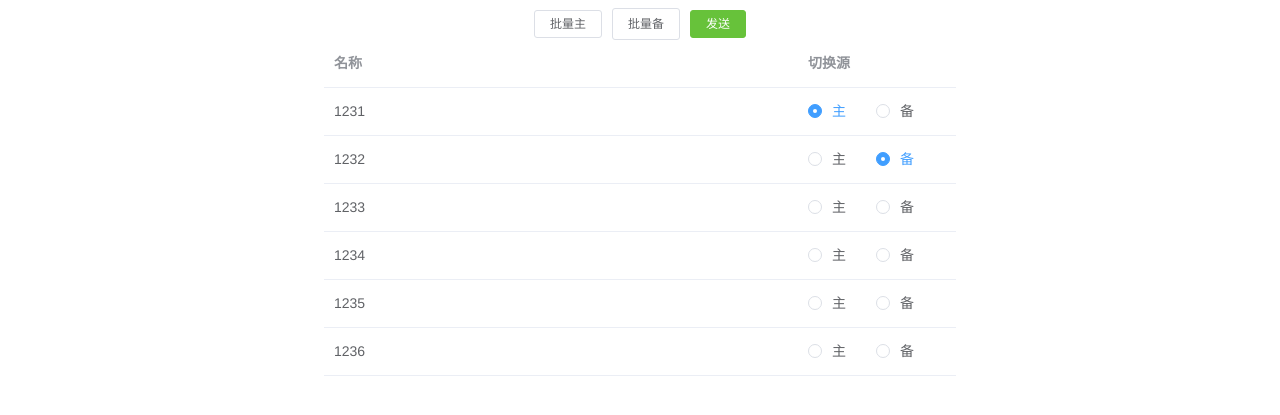
Repository: faintout/BHMQTTSendTool
Page: /
The author's editor kept a copy of each file at every save. The page is drawn from the files as they stood at one save, then again after the next save.
The browser window is 1280 px wide. The pictures show the whole page.
The project was rebuilt for these pictures with package versions that can differ from the ones it lists, and the page was loaded fresh each time. Also part of the build but not shown: vue.config.js. Imported but missing from the stored project, and not drawn on this page: src/views/About.vue.

Above is the page before, as saved 2020-08-26 14:06:57.

### public/index.html
<!DOCTYPE html>
<html lang="en">
  <head>
    <meta charset="utf-8">
    <meta http-equiv="X-UA-Compatible" content="IE=edge">
    <meta name="viewport" content="width=device-width,initial-scale=1.0">
    <link rel="stylesheet" href="">
    <title></title>
  </head>
  <body>
    <div id="app">

    </div>
    <!-- built files will be auto injected -->
  </body>
</html>

### src/main.js
import Vue from 'vue'
import App from './App.vue'
import router from './router'
import $ from 'jquery'
import ElementUi from 'element-ui'
import 'element-ui/lib/theme-chalk/index.css'
import 'element-ui/lib/theme-chalk/reset.css'

Vue.config.productionTip = false
Vue.use(ElementUi)
new Vue({
  router,
  render: h => h(App)
}).$mount('#app')

### src/views/Home.vue
<template>
  <div class="content">
      <title></title>
          <!-- 按钮模块 -->
    <div style="width: 50%;position: relative;left: calc(50% - 25%);">
       <el-button size="mini">批量主</el-button>
       <el-button size="small">批量备</el-button>
       <el-button type="success" size="mini">发送</el-button>
    </div>
      <el-table
      v-loading="tableLoading"
      :data="tableData"
       style="width: 50%;position: relative;left: calc(50% - 25%);">
      >
      <el-table-column
          prop="name"
          min-width="3"
        label="名称"
      >
      </el-table-column>
    <el-table-column
        label="切换源"
        min-width="1"

        >
        <template slot-scope="scope">
        <el-radio-group v-model="scope.row.enable">
            <el-radio :label="0" @click.native.prevent="changeItem('1')" >主</el-radio>
            <el-radio :label="1"
            @click.native="changItemRadio(scope.row.enable)"
            >备</el-radio>
     </el-radio-group>
        </template>
      </el-table-column>

      </el-table>

      <el-backtop target=".page-component__scroll .el-scrollbar__wrap"></el-backtop>
  </div>

</template>

<script>

export default {
  components:{},
  data(){
    return {
        //表格框加载
        tableLoading:false,
        tableData:[
            {
                id:1,
                name:'1231',
                enable:0,
                data:'333'
            },
            {
                id:2,
                name:'1232',
                enable:1,
                data:'333'
            },
            {
                id:3,
                name:'1233',
                enable:'1',
                data:'333'
            },
            {
                id:4,
                name:'1234',
                enable:'1',
                data:'333'
            },
            {
                id:5,
                name:'1235',
                enable:'1',
                data:'333'
            },
            {
                id:6,
                name:'1236',
                enable:'1',
                data:'333'
            }
        ]
    }
  },
  watch:{},
  computed:{

  },
  methods:{
      changeItem(item){
          console.log('item',item);
      },
      changItemRadio(item){
          console.log('itemzhixng ');
      },
      //获取所有数据
      getAllMqttData(){

      },
      //数据处理
      dataProcessing(){

      }

  },
  mounted(){
      console.log(this.tableData);
  },
  created(){},
}
</script>
<style lang="less" scoped>
</style>

Loaded but not shown: src/App.vue (common file); src/router/index.js (common file)

After the next save:
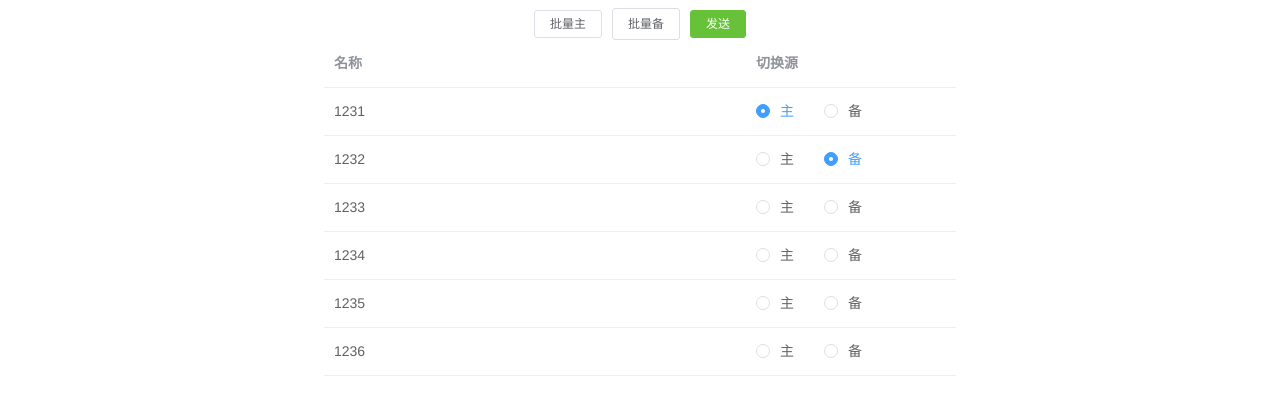
Saved 7 s later.
--- a/src/views/Home.vue
+++ b/src/views/Home.vue
@@ -14,7 +14,7 @@
       >
       <el-table-column
           prop="name"
-          min-width="3"
+          min-width="2"
         label="名称"
       >
       </el-table-column>
